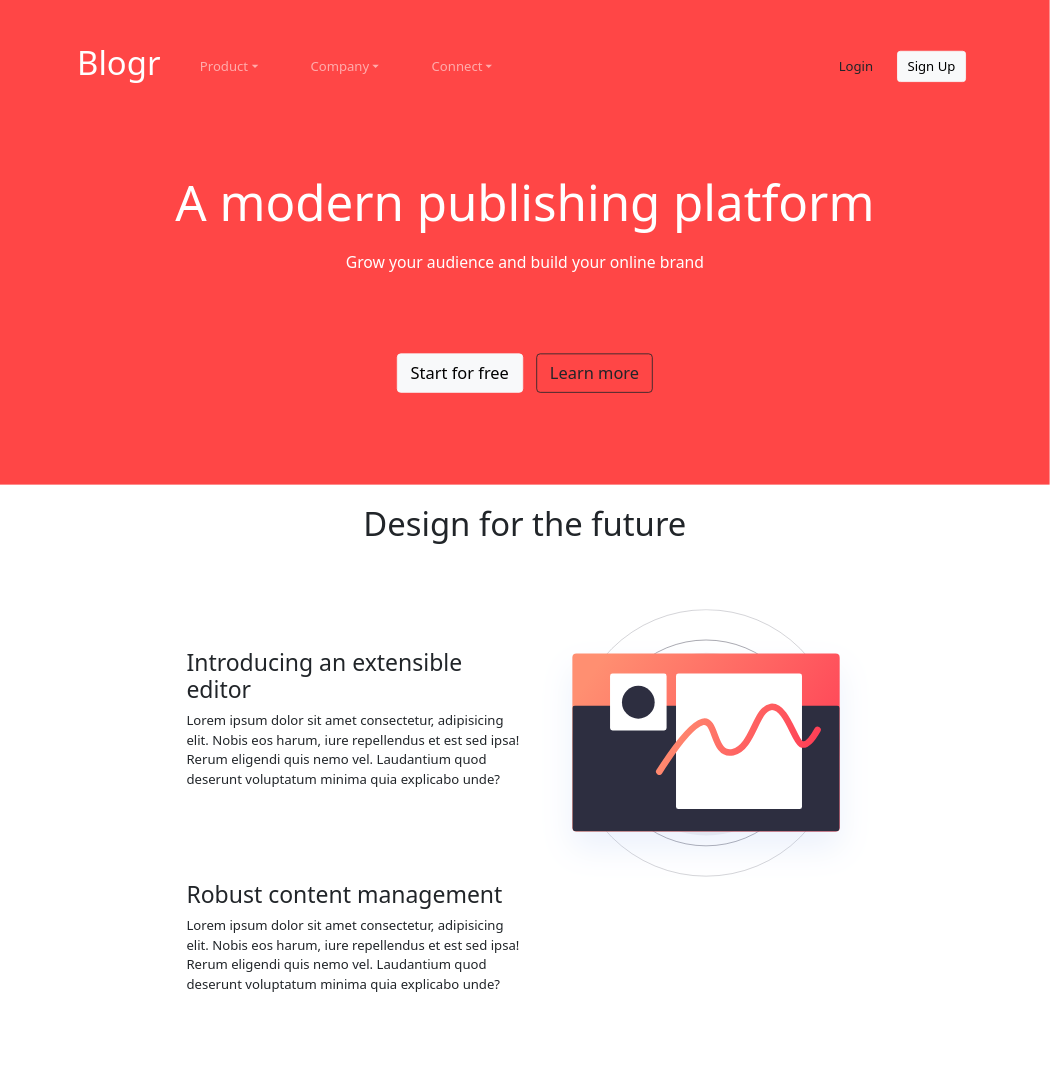
Repository: badhon252/blogr-landing-page
Page: /
The author's editor kept a copy of each file at every save. The page is drawn from the files as they stood at one save, then again after the next save.
The browser window is 1280 px wide. The page is 1292 px wide, so the pictures cover 1292 px, including what lies to the right of the window. The pictures show the whole page, at 82% of full size.
The project was rebuilt for these pictures with package versions that can differ from the ones it lists, and the page was loaded fresh each time.

Above is the page before, as saved 2022-01-18 18:53:22.

After the next save:
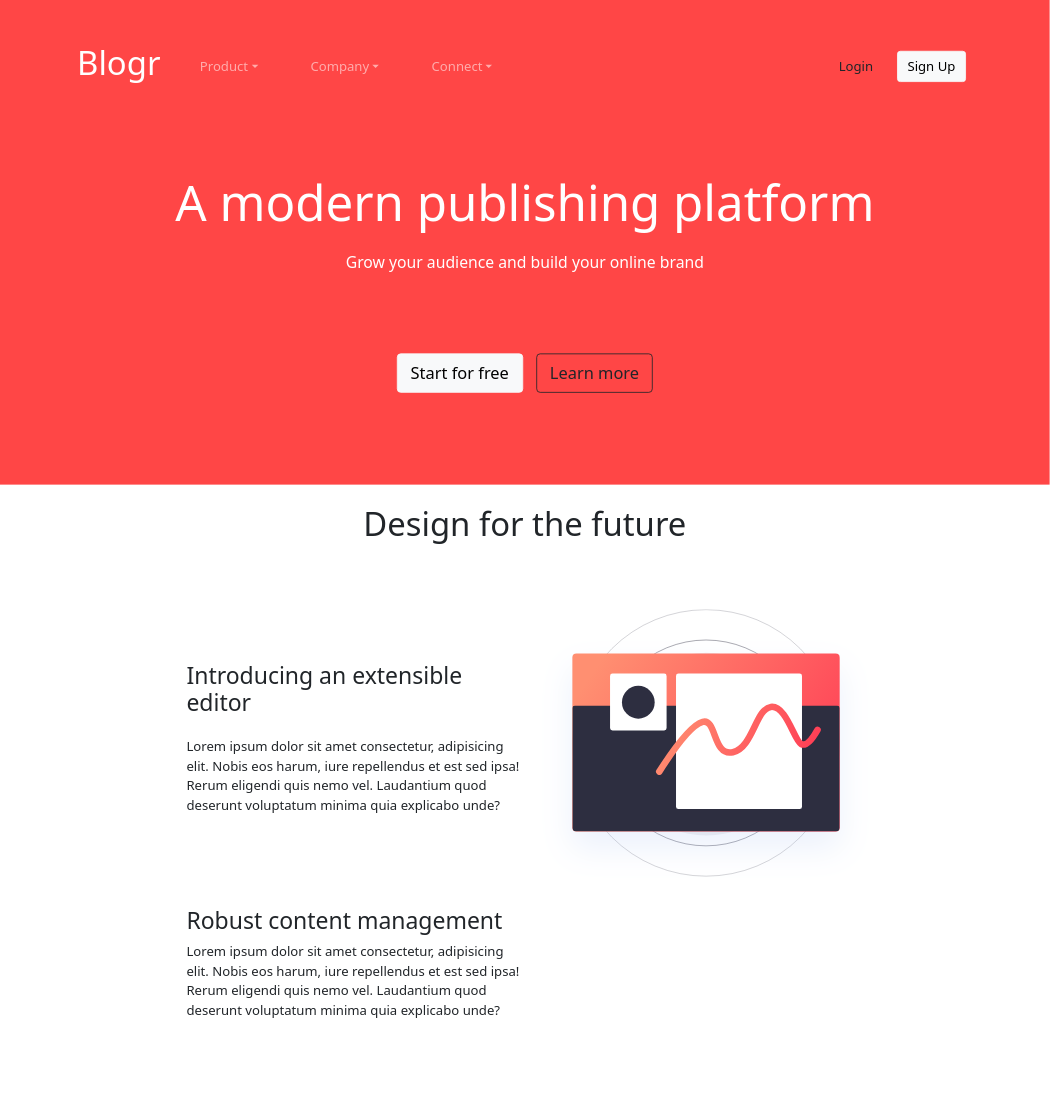
Saved 13 s later.
--- a/src/components/Intro/Intro.js
+++ b/src/components/Intro/Intro.js
@@ -10,7 +10,7 @@ export default function Intro() {
         <div className="col-md-2"></div>
         <div className="col-md-4">
           <div className=" py-5">
-            <h3>Introducing an extensible editor</h3>
+            <h3 className="py-3">Introducing an extensible editor</h3>
             <p>
               Lorem ipsum dolor sit amet consectetur, adipisicing elit. Nobis
               eos harum, iure repellendus et est sed ipsa! Rerum eligendi quis
